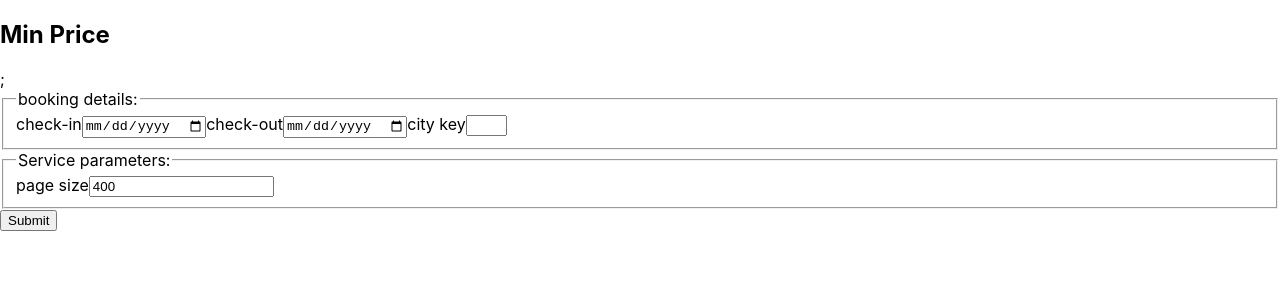
Repository: vsterev/il-test
Page: /min-price
An editor plug-in stored every save of this project. The page is shown before and after the next save, followed by the edit.
The browser window is 1280 px wide. The pictures show the whole page.
The project was rebuilt for these pictures with package versions that can differ from the ones it lists, and the page was loaded fresh each time. A package was used in the major version that the imports need, not the one package.json lists. Also part of the build but not shown: src/components/error/index.jsx.

Above is the page before, as saved 2021-04-27 08:26:13.

### src/index.js
import React from 'react';
import ReactDOM from 'react-dom';
import './index.css';
// import App from './App';
import reportWebVitals from './reportWebVitals';
// import MinPrice from './components/minPrice';
import Navigation from './navigation';

ReactDOM.render(
  <React.StrictMode>
    {/* <App /> */}
    {/* <MinPrice /> */}
    <Navigation />
  </React.StrictMode>,
  document.getElementById('root')
);

// If you want to start measuring performance in your app, pass a function
// to log results (for example: reportWebVitals(console.log))
// or send to an analytics endpoint. Learn more: https://bit.ly/CRA-vitals
reportWebVitals();

### src/navigation.jsx
import React from 'react';
import { Switch, BrowserRouter, Route, Redirect } from 'react-router-dom';
import MinPrice from './components/minPrice';
import Error from './components/error';
const Navigation = () => {
  return (
    <BrowserRouter>
      <Switch>
        <Route path="/min-price" render={() => <MinPrice />} />
        <Route path="*" render={() => <Error msg="Page not Found - 404" />} />
      </Switch>
    </BrowserRouter>
  );
};
export default Navigation;

### src/components/minPrice/index.jsx
import React, { useState } from 'react';
const MinPrice = () => {
  const [details, setDetails] = useState({ checkIn: '', checkOut: '', cityKey: '', pageSize: '400' });
  const submitHandler = (e) => {
    e.preventDefault();
    console.log(details);
  };
  return (
    <React.Fragment>
      <h2>Min Price</h2>;
      <form onSubmit={submitHandler}>
        <fieldset>
          <legend>booking details:</legend>
          <label htmlFor="checkIn">check-in</label>
          <input
            type="date"
            id="checkIn"
            value={details.checkIn}
            onChange={(e) => setDetails({ ...details, checkIn: e.target.value })}></input>
          <label htmlFor="checkOut">check-out</label>
          <input
            type="date"
            id="checkOut"
            value={details.checkOut}
            onChange={(e) => setDetails({ ...details, checkOut: e.target.value })}></input>
          <label htmlFor="cityKey">city key</label>
          <input
            type="text"
            id="cityKey"
            size="2"
            value={details.cityKey}
            onChange={(e) => setDetails({ ...details, cityKey: e.target.value })}
          />
        </fieldset>
        <fieldset>
          <legend>Service parameters:</legend>
          <label htmlFor="pageSize">page size</label>
          <input
            type="text"
            id="pageSize"
            value={details.pageSize}
            onChange={(e) => setDetails({ ...details, pageSize: e.target.value })}
          />
        </fieldset>
        <button>Submit</button>
      </form>
    </React.Fragment>
  );
};
export default MinPrice;

Loaded but not shown: public/index.html (common file); src/index.css (common file); src/reportWebVitals.js (common file)

After the next save:
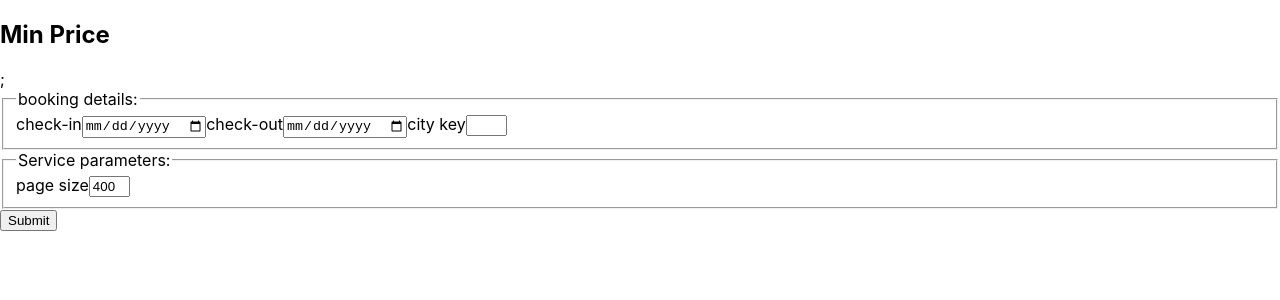
Saved 13 s later.
--- a/src/components/minPrice/index.jsx
+++ b/src/components/minPrice/index.jsx
@@ -38,6 +38,7 @@ const MinPrice = () => {
           <input
             type="text"
             id="pageSize"
+            size="2"
             value={details.pageSize}
             onChange={(e) => setDetails({ ...details, pageSize: e.target.value })}
           />
